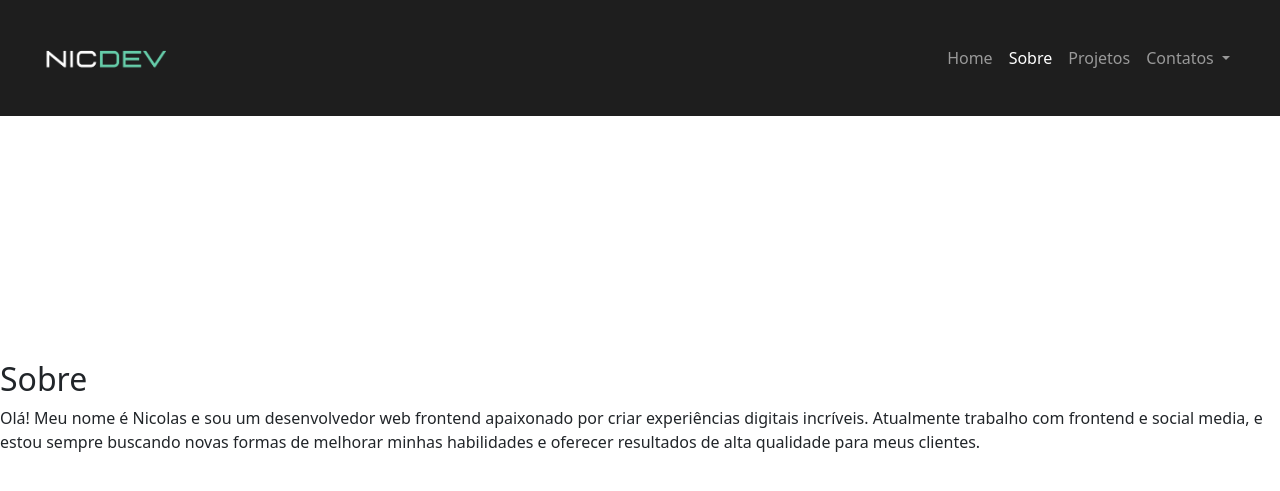
Repository: Leonngc/nicdev
Page: about.html
The author's editor kept a copy of each file at every save. The page is drawn from the files as they stood at one save, then again after the next save.
The browser window is 1280 px wide. The pictures show the whole page.
Some web libraries are served in a nearby version.

Above is the page before, as saved 2023-04-15 13:38:15.

### about.html
<html lang="pt-br">
<head>
    <meta charset="UTF-8">
    <meta http-equiv="X-UA-Compatible" content="IE=edge">
    <meta name="viewport" content="width=device-width, initial-scale=1.0">
    <title>nicdev - Sobre</title>
    <link href="https://cdn.jsdelivr.net/npm/bootstrap@5.0.2/dist/css/bootstrap.min.css" rel="stylesheet" integrity="sha384-EVSTQN3/azprG1Anm3QDgpJLIm9Nao0Yz1ztcQTwFspd3yD65VohhpuuCOmLASjC" crossorigin="anonymous">
    <link rel="stylesheet" href="styles/scrollbar.css">
    <link rel="stylesheet" href="styles/about.css">
</head>
<body>

<header style="background-color: #1e1e1e; padding: 30px;" class="fixed-top">

        <nav class="navbar navbar-expand-lg navbar-dark">
            <div class="container-fluid">
              <a class="navbar-brand" href="index.html"><img src="images/nicdev-logo.png" alt="logo da NicDev" style="width: 130px"></a>
              <button class="navbar-toggler" type="button" data-bs-toggle="collapse" data-bs-target="#navbarNavDropdown" aria-controls="navbarNavDropdown" aria-expanded="false" aria-label="Toggle navigation">
                <span class="navbar-toggler-icon"></span>
              </button>
              <div class="collapse navbar-collapse justify-content-end" id="navbarNavDropdown">
                <ul class="navbar-nav ">
                  <li class="nav-item">
                    <a class="nav-link" href="index.html" target="_parent">Home</a>
                  </li>
                  <li class="nav-item">
                    <a class="nav-link active disabled" href="#">Sobre</a>
                  </li>
                  <li class="nav-item">
                    <a class="nav-link" href="projects.html" target="_parent">Projetos</a>
                  </li>

                  <li class="nav-item dropdown">
                    <a class="nav-link dropdown-toggle" href="#" id="navbarDropdownMenuLink" role="button" data-bs-toggle="dropdown" aria-expanded="false">
                      Contatos
                    </a>
                    <ul class="dropdown-menu" aria-labelledby="navbarDropdownMenuLink">
                      <li><a class="dropdown-item" href="#">WhatsApp <img src="images/whatsapp.png" alt="" class="redes-logo"></a></li>
                      <li><a class="dropdown-item" href="#">Email <img src="images/gmail (1).png" alt="" class="redes-logo"></a></li>
                      <li><a class="dropdown-item" href="#">Linkedin <img src="images/linkedin.png" alt="" class="redes-logo"></a></li>
                    </ul>
                  </li>
                </ul>
              </div>
            </div>
          </nav>
</header>
<div class="background">

</div>
<main>
<h2>Sobre</h2>
<p>Olá! Meu nome é Nicolas e sou um desenvolvedor web frontend apaixonado por criar experiências digitais incríveis. Atualmente trabalho com frontend e social media, e estou sempre buscando novas formas de melhorar minhas habilidades e oferecer resultados de alta qualidade para meus clientes.</p>

</main>

    <script src="https://cdn.jsdelivr.net/npm/bootstrap@5.0.2/dist/js/bootstrap.bundle.min.js" integrity="sha384-MrcW6ZMFYlzcLA8Nl+NtUVF0sA7MsXsP1UyJoMp4YLEuNSfAP+JcXn/tWtIaxVXM" crossorigin="anonymous"></script>
</body>
</html>

### styles/scrollbar.css
body{
    overflow-x: hidden;
}
body::-webkit-scrollbar {
    width: 6px;               /* width of the entire scrollbar */
  }

  body::-webkit-scrollbar-track {
    background: rgb(5, 5, 5);        /* color of the tracking area */
  }

  body::-webkit-scrollbar-thumb {
    background-color: #4BC6B9;    /* color of the scroll thumb */
    border-radius: 20px;       /* roundness of the scroll thumb */
  }

  .redes-logo{
    width: 30px;
    padding: 6px;
  }

### styles/about.css
@import url('https://fonts.googleapis.com/css2?family=Bebas+Neue&display=swap'); /* CDN GOOGLE  FONT */
@import url('https://cdn-uicons.flaticon.com/uicons-solid-straight/css/uicons-solid-straight.css'); /* CDN ICON*/
@font-face {
    font-family: Lastica;
    src: url(../fonts/instrg.ttf)
}

*{
    max-width: 100vw;
}

:root{
 --bebas-neue : 'Bebas Neue', cursive;
}

main{
    margin-top: 200px;
}

.background{
    margin-top: 360px;
    background-color: red;
}

After the next save:
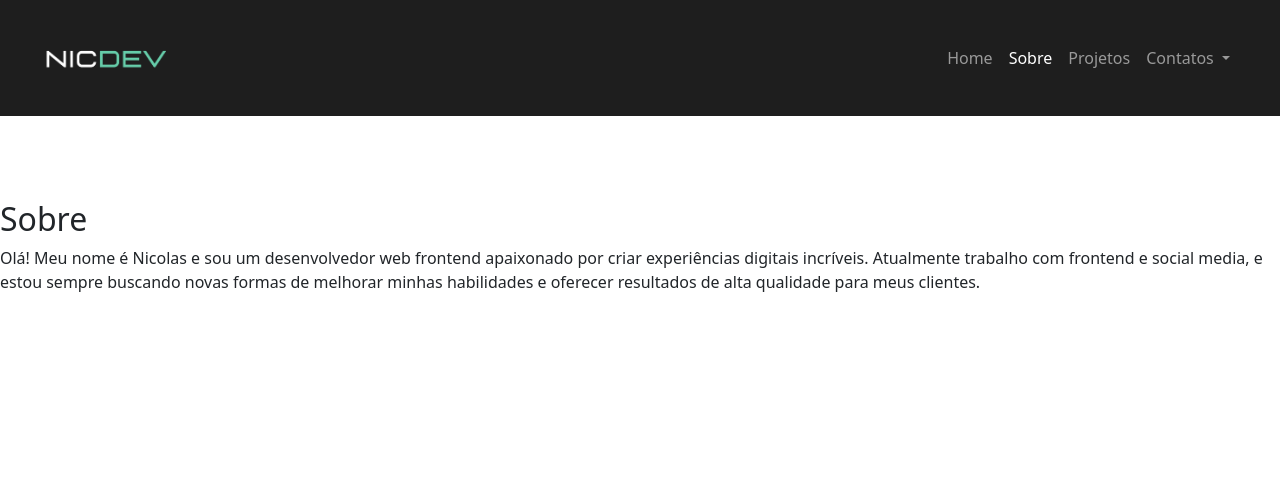
Saved 10 s later.
--- a/styles/about.css
+++ b/styles/about.css
@@ -18,6 +18,5 @@ main{
 }
 
 .background{
-    margin-top: 360px;
     background-color: red;
 }
